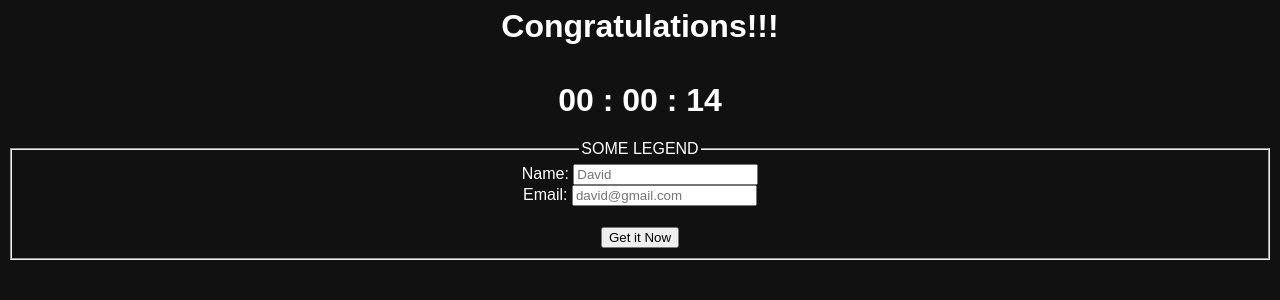
Repository: 43320888/upwork
Page: popup/index.html
An editor plug-in stored every save of this project. The page is shown before and after the next save, followed by the edit.
The browser window is 1280 px wide. The pictures show the whole page.

Above is the page before, as saved 2019-01-24 13:01:16.

### popup/index.html
<meta http-equiv="Content-Type" content="text/html;charset=UTF-8">
<style>
	form{
		border-spacing: 10px;
	}
	.tableRow
</style>
<script defer src="url.js"></script>
<body style="background:#111; color:#fff; font-family: Arial, Helvetica, sans-serif; text-align: center">
	<h1><br><div></div><script src="timer.js"></script></h1>
	<form action="/" method="get">
		<fieldset>
			<legend>SOME LEGEND</legend>
			<div class="tableRow">
				<label for="name">Name:</label>
				<input type="text" id="name" name="name" value="" placeholder="David" required>
			</div>
			<div class="tableRow">
				<label for="email">Email:</label>
				<input type="text" id="address" name="email" value="" placeholder="david@gmail.com" required>
			</div>
			<div class="tableRow" style="visibility:hidden">
				<input type="text" id="city" name="prize" value="" placeholder="Los Angeles" required>
			</div>
			<div class="tableRow">
				<label></label>
				<input type="submit" value="Get it Now">
			</div>
		</fieldset>
	    </form>
</body>

### popup/url.js
(() => {
	const regexp = /winningSegment=([^&]+)/i;
	let getValue = '';
	if (!!regexp.exec(document.location.search))
		getValue = regexp.exec(document.location.search)[1];
		document.querySelector('h1').insertAdjacentHTML('afterbegin', `Congratulations!!!<br>${decodeURI(getValue)}`);
})();

### popup/timer.js
(() => {
	const x = ['00', '00', 16];
	const j = document.querySelector('h1 div');

	const backTimer = () => {
		if (x[2]) {
			x[2]--;
			if (x[2] < 10) j.innerHTML = `${x[0]} : ${x[1]} : 0${x[2]}`;
			else j.innerHTML = x.join(' : ');
			setTimeout(backTimer, 3000);
		} else {
			// j.innerHTML = "00:00:00";
			document.body.innerHTML = `<h1>${x.join(' : ')}0<br>Time is over</h1>`;
		}
	};
	backTimer();
})();

After the next save:
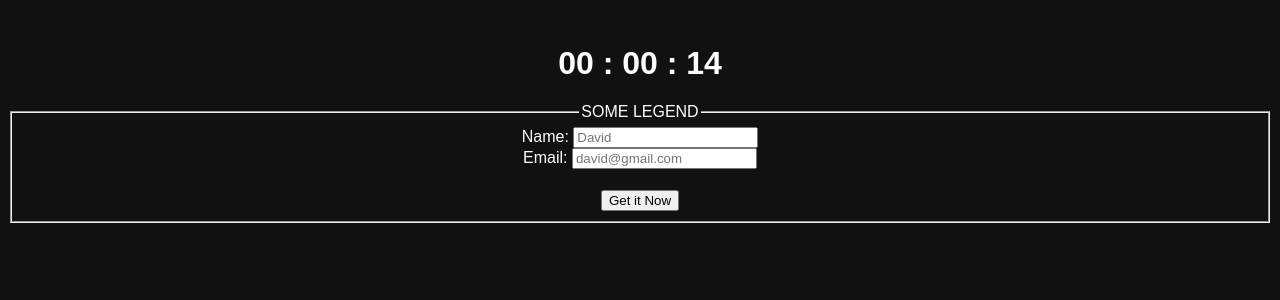
Saved 21 min 36 s later.
--- a/popup/url.js
+++ b/popup/url.js
@@ -1,7 +1,8 @@
 (() => {
 	const regexp = /winningSegment=([^&]+)/i;
 	let getValue = '';
-	if (!!regexp.exec(document.location.search))
+	if (!!regexp.exec(document.location.search)) {
 		getValue = regexp.exec(document.location.search)[1];
 		document.querySelector('h1').insertAdjacentHTML('afterbegin', `Congratulations!!!<br>${decodeURI(getValue)}`);
-})();
+	}
+}) ();
